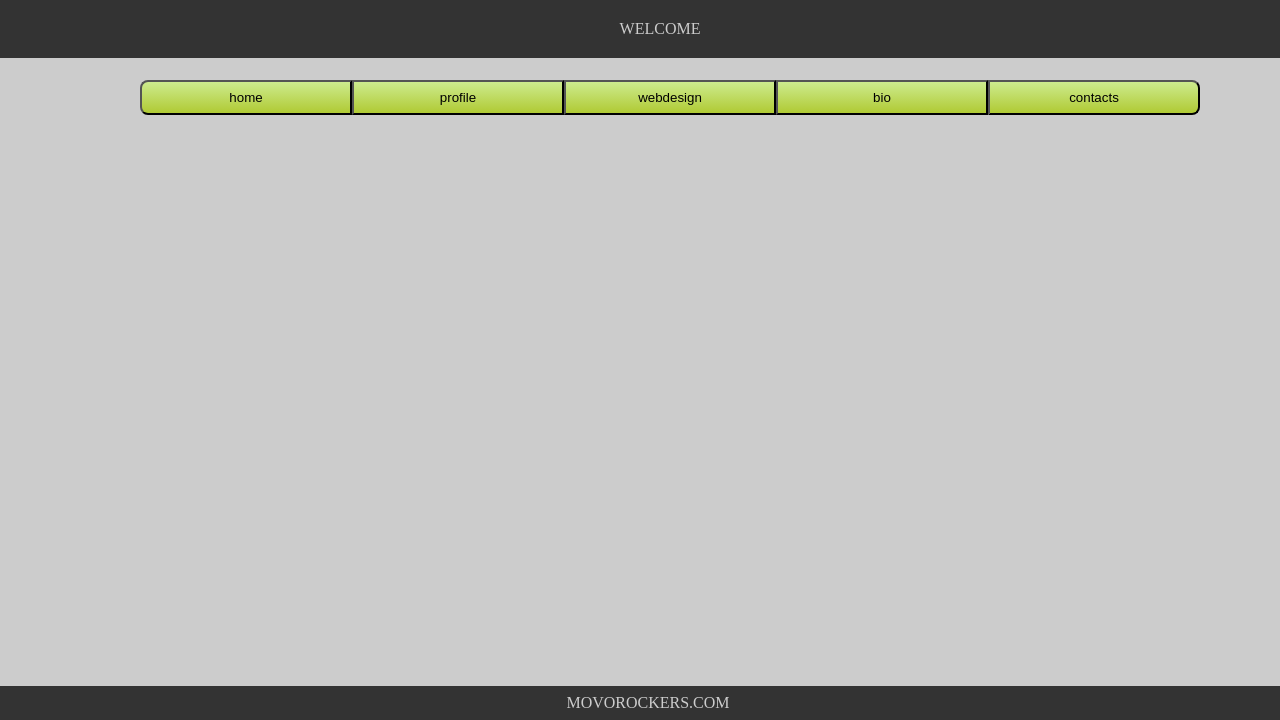
Repository: movitkr/testjava
Page: jsp/WebContent/NewFile.html
These files come from the project's save history. The page is drawn as it stood at one moment and after the next save; the edit follows.
The browser window is 1280 px wide. The pictures show the whole page.

Above is the page before, as saved 2016-02-05 07:20:49.

### jsp/WebContent/NewFile.html
<html>
<head>
<link rel="stylesheet" type="text/css" href="a.css">
<script type="text/javascript">
 <!--
            function sayHello() {
               document.write("Hello World");
            }
         //-->
</script>
</head>
<fixedheader><center>WELCOME</center></fixedheader>

<fixedfooter><center>MOVOROCKERS.COM</center></fixedfooter>
<body>
<nav>
  <ul>
    <li>
       <input type="button" onclick="sayHello()" value="home"/>
    </li>
    <li>
      <input type="submit" onclick="alert('profile')" value="profile">
    </li>
    <li>
      <input type="submit" onclick="alert('webdesign')" value="webdesign">
    </li>
    <li>
      <input type="submit" onclick="alert('bio')" value="bio">
    </li>
    <li>
      <input type="submit" onclick="alert('contacts')" value="contacts">
    </li>
  </ul>
</nav>



</body>


</html>

### jsp/WebContent/a.css
@CHARSET "UTF-8";

body {
	background-color: #CCC;
	margin:80px 80px 100px 100px;
}
fixedheader {
	position:fixed;
	top:0px;
	left:0px;
	width:100%;
	color:#CCC;
	background:#333;
	padding:20px;
}
fixedfooter {
	position:fixed;
	bottom:0px;
	left:0px;
	width:100%;
	color:#CCC;
	background:#333;
	padding:8px;
}
nav {

  width: 100%;

  margin: 0 auto; }

nav ul {

  list-style: none;

  overflow: hidden; }

nav ul li {

  float: left;

  width: 20%; }

nav ul li input{

  text-align: center;

  padding: 8px 0;

  display: block;

  width: 100%;

  background: #cdeb8e; /* Old browsers */

  background: -moz-linear-gradient(top, #cdeb8e 0%, #b0ca34 100%); /* FF3.6+ */

  background: -webkit-gradient(linear, left top, left bottom, color-stop(0%,#cdeb8e), color-stop(100%,#b0ca34)); /* Chrome,Safari4+ */

  background: -webkit-linear-gradient(top, #cdeb8e 0%,#b0ca34 100%); /* Chrome10+,Safari5.1+ */

  background: -o-linear-gradient(top, #cdeb8e 0%,#b0ca34 100%); /* Opera 11.10+ */

  background: linear-gradient(to bottom, #cdeb8e 0%,#b0ca34 100%); /* W3C, IE10+ */

  filter: progid:DXImageTransform.Microsoft.gradient( startColorstr='#cdeb8e', endColorstr='#b0ca34',GradientType=0 ); /* IE6-9 */

  endColorstr='#b0ca34',GradientType=0 ); /* IE6-9 */

}

nav ul li input,

nav ul li input:focus,

nav ul li input:visited,

nav ul li input:hover,

nav ul li input:active {

  color: #000;

  text-decoration: none; }

nav ul li input:hover,

nav ul li input:active {

  background: #b0ca34; /* Old browsers */

  background: -moz-linear-gradient(top, #b0ca34 0%, #96c40d 100%); /* FF3.6+ */

  background: -webkit-gradient(linear, left top, left bottom, color-stop(0%,#b0ca34), color-stop(100%,#96c40d)); /* Chrome,Safari4+ */

  background: -webkit-linear-gradient(top, #b0ca34 0%,#96c40d 100%); /* Chrome10+,Safari5.1+ */

  background: -o-linear-gradient(top, #b0ca34 0%,#96c40d 100%); /* Opera 11.10+ */

  background: linear-gradient(to bottom, #b0ca34 0%,#96c40d 100%); /* W3C, IE10+ */

  filter: progid:DXImageTransform.Microsoft.gradient( startColorstr='#b0ca34', endColorstr='#96c40d',GradientType=0 ); /* IE6-9 */

}

nav ul li:first-child input {

  border-top-left-radius: 8px;

  border-bottom-left-radius: 8px; }

nav ul li:last-child input {

  border-top-right-radius: 8px;

  border-bottom-right-radius: 8px; }

After the next save:
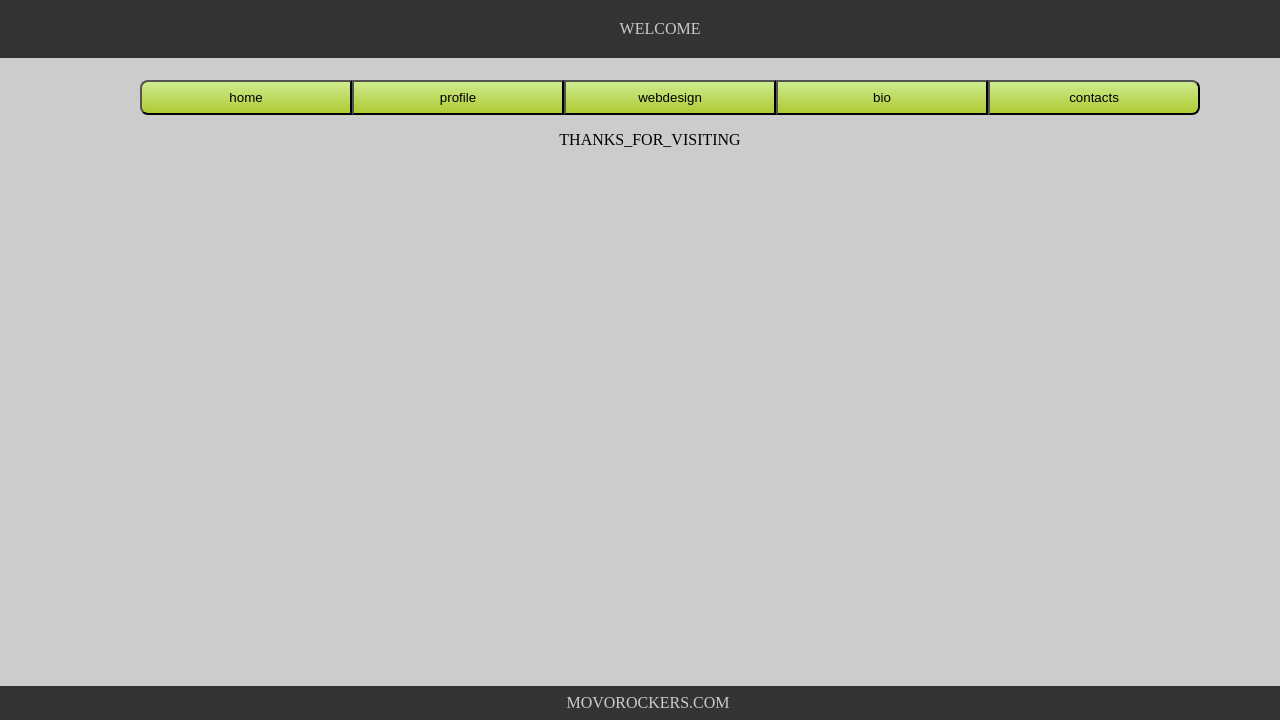
Saved 44 s later.
--- a/jsp/WebContent/NewFile.html
+++ b/jsp/WebContent/NewFile.html
@@ -33,7 +33,7 @@
   </ul>
 </nav>
 
-
+<p><center>THANKS_FOR_VISITING</center>
 
 </body>
 
